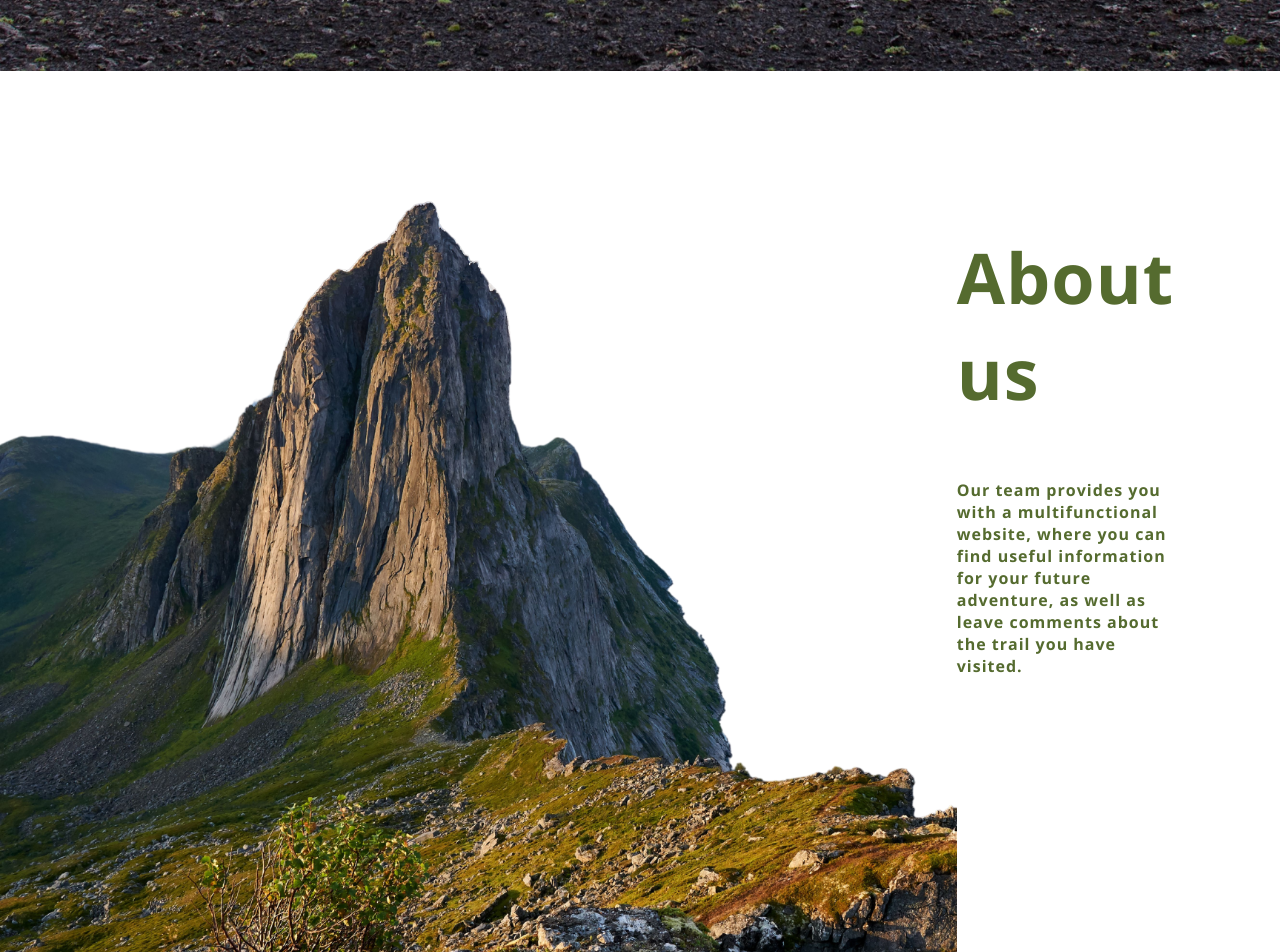
Repository: artembundin/travelrus.github.io
Page: index.html
These files come from the project's save history. The page is drawn as it stood at one moment and after a run of saves; the edit follows.
The browser window is 1280 px wide. The pictures show the part of the page from y = 2629 to 3581 px (the page is 4792 px tall).
A picture or video elsewhere on the page could not be fetched, so the positions and the page height are approximate. An inner scrolling area shows only its first screen. Backgrounds fixed to the window are drawn as part of the page. Some web fonts or font styles are not loaded; a fallback is used.

Above is the page before, as saved 2025-05-08 02:01:47.
Console error: TypeError: Cannot read properties of null (reading 'offsetTop')

### index.html
<!DOCTYPE html>
<html lang="en">
  <head>
    <meta charset="UTF-8" />
    <meta name="viewport" content="width=device-width, initial-scale=1.0" />
    <title>Document</title>
    <link rel="stylesheet" href="style.css" />
  </head>
  <body>
    <header class="header">
      <div class="container-header">
        <img src="icons/TRAIL TRIBE (3).svg" alt="" class="anim header-logo" />
        <ul class="header-list">
          <li><a class="active" href="/">HOME</a></li>
          <li><a href="#join">BLOG</a></li>
          <li><a href="#inf">DISCOVER</a></li>
          <li><a href="#aboutus">ABOUT AS</a></li>
        </ul>
      </div>
    </header>
    <main class="main">
      <section class="join" id='join'>
        <div class="join-container">
          <div class="text_section">
            <h2>Featured Items</h2>
            <p>
              These are some of the basic things that will be useful to you on a
              hike. See the full list on our blog.
            </p>
          </div>
          <a href="#" class="btn_list" id="newPageButton">BLOG</a>
        </div>
      </section>
      <section class="inf" id='inf'>
        <div class="inf-container">
          <h2 class="inf-caption animate-slidein">Find our most popular camps</h2>
          <div class="cards">
              <div class="cards-content">
                <a href="map.html#mapstore">
                  <img src="images/bvt.jpeg" alt="" class="img">
                </a>
                <div class="cards-text">
                  <h4 class="cards-title">The Big Valdai Trail</h4>
                  <p class="cards-sub-title">Its uniqueness lies in the change of ecological systems: spruce-fir forest, broad-leaved forest, pine forest.</p>
                </div>
              </div>
            <div class="cards-content">
              <a href="map.html#mapstore2">
                <img src="images/30.jpeg" alt="" class="img">
              </a>
              <div class="cards-text">
                <h4 class="cards-title">Through the Mountains to the Sea</h4>
                <p class="cards-sub-title">One of the oldest, most popular traveled tourist routes in the Soviet Union.</p>
              </div>
            </div>
            <div class="cards-content">
              <a href="map.html#mapstore3">
                <img src="images/btt.jpeg" alt="" class="img">
              </a>
              <div class="cards-text">
                <h4 class="cards-title">The Great Baikal Trail</h4>
                <p class="cards-sub-title">The trail will connect three national parks and three reserves.</p>
              </div>
            </div>
          </div>
        </div>
      </section>
      <section class="aboutus" id='aboutus'>
        <div class="aboutus-container">
          <div class="aboutus-image animate-slideleft"></div>
          <div class="aboutus-text animate-slideright">
            <h2 class="aboutus-title">About us</h2>
            <p class="aboutus-sub-title">Our team provides you with a multifunctional website, where you can find useful information for your future adventure, as well as leave comments about the trail you have visited.</p>
          </div>
        </div>
      </section>
      <section class="stuff-list">
      <h2 class="stuff-list-caption animate-appeir">That is useful for any hike</h2>
      <div class="item">
        <div class="stuff-list-container animate-appeir">
            <div class="stuff-item">
                    <p class="item1_title">Knife</p>
                    <img src="images/knife.svg" alt="/" id="item1">
            </div>
            <div class="stuff-item">
                    <p class="item2_title">Sleeping-bag</p>
                    <img src="images/sleepingbag.svg" alt="/" id="item2">
            </div>
            <div class="stuff-item">
                    <p class="item3_title">Tent</p>
                    <img src="images/tent.svg" alt="/" id="item3">
            </div>
          </div>
      </div>
    </section>
  </main>
  <script src="animation.js"></script>
  </body>
</html>




<!--<h2 class="stuff-list-caption">That is useful for any hike</h2>-->

### style.css
@font-face {
  font-family: 'OpenSans';
  src: url(fonts/OpenSans-Regular.woff2) format('woff2');
  font-weight: 400;
  font-style: normal;
  font-display: swap;
}
@font-face {
  font-family: 'OpenSans';
  src: url(fonts/OpenSans-Bold.woff2) format('woff2');
  font-weight: 700;
  font-style: normal;
  font-display: swap;
}


body {
  margin: 0;
  font-family: 'OpenSans';
  background-color: white;
  color: white;
  font-weight: 550;
}

ul {
  list-style: none;
  padding: 0;
  margin: 0;
}

a {
  text-decoration: none;
  color: white;
}

p {
  display: flex;
  /*animation: pfade linear both;
  animation-timeline: view();
  animation-range: entry 50% cover 50%;*/
}


h1, h2, h3, h4, h5, h6 {
  display: flex;
  /*animation: pfade linear both;
  animation-timeline: view();
  animation-range: entry 50% cover 50%;*/
}


/*@keyframes pfade {
  from {
    opacity: 0;
  }
  to {
    opacity: 1;
  }
} */

a {
  text-decoration: none;
}

/*Шапка*/

.header {
  position: relative;
  text-align: center;
  background-image: url(images/hiking3.jpeg);
  background-attachment: fixed;
  background-size: cover;
  background-position: center;
}

.container-header {
  display: flex;
  flex-direction: column;
  align-items: center;
  max-width: 1200px;
  height: 900px;
  margin-left: auto;
  margin-right: auto;
  overflow-x: hidden;
  padding: 0 15px;
}

.header-logo {
  width: 600px;
  height: 600px;
}



.header-img {
  position: absolute;
  width: 100%;
  height: auto;

  background-image: url(images/hiking3.jpeg);
  /*background-attachment: fixed;
    background-size: cover;
    background-position: center;*/
  z-index: -1;
}

.header-list {
  display: flex;
  gap: 40px;
  margin-top: -100px;
  text-decoration: underline;
  text-underline-offset: 10px;
  opacity: 0.6;
  font-weight: 600;
  font-size: 25px;
  letter-spacing: 3px;
}


/*СЕКЦИЯ 1*/

.main {
  display: inline;
}


.join {
  background-image: url('images/cloudmount.png');
  background-size: cover;
  background-repeat: no-repeat;
  animation: pfade linear both;
  animation-timeline: view();
  animation-range: entry 50% cover 50%;
}

@keyframes pfade {
  from {
    opacity: 0;
  }
  to {
    opacity: 1;
  }
}

.join-container {
  display: flex;
  max-width: 1500px;
  height: 900px;
  margin-left: auto;
  margin-right: auto;
  overflow-x: hidden;
  padding: 0 15px;
}


.text_section {
  width: 330px;
  height: 500px;
  padding: 100px;
  color: darkolivegreen;
}

.text_section p {
  letter-spacing: 1px;
}

.text_section h2 {
  font-size: 70px;
  font-weight: 700;
}

/*Кнопка*/

.btn_list {
  position: relative;
  text-align: center;
  padding: 5px 10px;
  width: 200px;
  height: 30px;
  top: 550px ;
  right: 430px;
  font-size: 20px;
  color: darkolivegreen;

  background-color: white;
  border-radius: 17px;
  box-shadow: 5px 5px 5px 3px #8a8a8a;
  cursor: pointer;
  transition: .3s;
}

.btn_list:active {
  transform: translateY(4px);
  box-shadow: 0 5px 0 darkgreen;
}


/*Конец кнопки*/



/*СЕКЦИЯ 2*/

.inf {
  background-image: url(images/holm.png);
  background-attachment: fixed;
  background-size: 1500px 900px;
  background-repeat: no-repeat;
  color: #AFD2F2;

}


.inf-caption {
  display: flex;
  justify-content: center;
  font-size: 60px;
  font-weight: 700;
  margin-top: 100px;
  margin-bottom: 200px;

  color: white;
}

@keyframes slidein {
  from {
    transform: translateX(-100%);
    opacity: 0;
  }
  to {
    transform: translateX(0);
    opacity: 1;
  }
}

.inf-caption.animate-slidein {
  animation: slidein;
  animation-duration: 2s;
  animation-timing-function: linear forwards;
  animation-iteration-count: 1;
}

.inf-container {
  max-width: 1500px;
  height: 900px;
  margin-left: auto;
  margin-right: auto;
  overflow-x: hidden;
  padding: 0 15px;
}

@keyframes fadein {
  from {
    opacity: 0;
  }
  to {
    opacity: 1;
  }
}

.cards {
  display: flex;
  justify-content: center;
  gap: 100px;
  animation: pfade linear both;
  animation-timeline: view();
  animation-range: entry 50% cover 50%;
}

.cards-content {
  display: flex;
  position: relative;
  justify-content: center;
  align-items: center;
  overflow: hidden;




  /*width: 400px;
  border-radius: 20px;
  margin-top: 200px;
  text-align: center;*/
}


.img {
  width: 400px;
  height: 300px;
  border: 3px solid #2E2C33;




  /*max-width: 100%;
  height: 350px;
  object-fit: cover;
  border-radius: 15px;*/
}

.cards-text {
  width: 200px;
  height: 200px;
  background-color: white;
  padding: 1.5rem 2rem;
  box-shadow: 0 8px 24px hsla(0, 0%, 0%, .15);
  border-radius: 1rem;
  position: absolute;
  bottom: -9rem;
  opacity: 0;
  transition: opacity 1s 1s;
}

.cards-title {
  font-size: 28px;
  font-weight: 700;
  margin-bottom: .75rem;
}



.cards-sub-title {
  font-size: 13px;
  font-weight: 400;

}

.cards-content:hover .cards-text{
  animation: show-text 1s forwards;
  opacity: 1;
  transition: opacity .3s;
}

.cards-content {
  animation-name: remove-overflow;
  animation: remove-overflow 2s forwards;

}

.cards-content:not(:hover) {
  animation: show-overflow 2s forwards;
}

.cards-content:not(:hover) .cards-text {
  animation: remove-text 1s forwards;
}

@keyframes show-text {
  50% {
    transform: translateY(-10rem);
  }
  100% {
    transform: translateY(-7rem);
  }
}

@keyframes remove-overflow {
  to {
    overflow: initial;
  }
}

@keyframes remove-text {
  0% {
    transform: translateY(-7rem);
  }
  50% {
    transform: translateY(-10rem);
  }
  100% {
    transform: translateY(.5rem);
  }
}

@keyframes show-overflow {
  0% {
    overflow: initial;
    pointer-events: none;
  }
  50% {
    overflow: hidden;
  }
}


/*СЕКЦИЯ 3 */



.aboutus {
  color: darkolivegreen;
}


.aboutus-container {
  display: flex;
  max-width: 1500px;
  height: 800px;
  margin-right: auto;
  overflow-x: hidden;
  margin-top: 100px;
  margin-bottom: 150px;
}


.aboutus-image {
  background-image: url(images/goraaa.png);
  background-size: cover;
  background-repeat: no-repeat;
  width: 1200px;
  height: 800px;
}

/*@keyframes slideleft {
  from{
    transform: translateX(-100%);
    opacity: 0;
  }
  to {
    transform: translate(0);
    opacity: 1;
  }
}

.aboutus-image.animate-slideleft {
  animation: slideleft;
  animation-duration: 5s;
  animation-timing-function: linear forwards;
  animation-iteration-count: 1;
}*/

.aboutus-text {
  width: 280px;
  height: 300px;
  margin-right: 100px;
  text-align: left;
  letter-spacing: 1px;
}

/*.aboutus-text.animate-slideright {
  animation: none;
  animation: slideright;
  animation-duration: 4s;
  animation-timing-function: linear forwards;
  animation-iteration-count: 1;
}

@keyframes slideright {
  from {
    transform: translateX(100%);
  }
  to {
    transform: translateX(0);
  }
}*/

.aboutus-title {
  font-size: 70px;
  justify-content: left;
}



/*СЕКЦИЯ 3*/


/*.cards {
  display: flex;
  justify-content: center;
  gap: 170px;
} карточки секция */

@keyframes appeir {
  from {
    opacity: 0;
  }
  to {
    opacity: 1;
  }
}

.stuff-list-caption {
  display: flex;
  justify-content: center;
  font-size: 65px;
  font-weight: 700;
  color: darkolivegreen;

}

.stuff-list-caption.animate-appeir {
  animation: appeir;
  animation-duration: 6s;
  animation-timing-function: linear forwards;
  animation-iteration-count: 1;
}

.stuff-list-container.animate-appeir {
  display: grid;
  grid-template-columns: 0.25fr 0.25fr;
  grid-template-rows: 600px 600px;
  gap: 20px;
  max-width: 1200px;
  height: 800px;
  margin-left: auto;
  margin-right: auto;
  overflow-x: hidden;
  margin-top: 100px;


    /*animation: appeir2 ;
    animation-duration: 1s;
    animation-timing-function: ease-in forwards;
    animation-delay: 1s;
    animation-iteration-count: 1;*/

}

/*@keyframes appeir2 {
  from {
    opacity: 0;
  }
  to {
    opacity: 1;
  }
}*/

.stuff-list {
  color: white;
}


.item {
  background-image: url(/images/sumka.png);
  background-size: 1300px 800px;
  background-repeat: no-repeat;
  background-position: center;
}


#item1 {
  background-color: lemonchiffon;
  position: relative;
  left: 490px;
  top: 160px;
}



#item2 {
  background-color: lightpink;
  position: relative;
  left: 390px;
  top: 130px;
}



#item3 {
  background-color: lightsteelblue;
  position: relative;
  left: 530px;
  bottom: 230px;
}

.item1_title {
  position: relative;
  left: 490px;
  top: 160px;
  font-size: 17px;
}

.item2_title {
  position: relative;
  left: 390px;
  top: 130px;
  font-size: 17px;
}

.item3_title {
  position: relative;
  left: 530px;
  bottom: 230px;
  font-size: 17px;
}

/* В конец файла добавим медиа-запросы */

/* Для планшетов */
@media screen and (max-width: 1024px) {
  .container-header {
    height: 700px;
  }

  .header-logo {
    width: 400px;
    height: 400px;
  }

  .header-list {
    font-size: 20px;
    gap: 20px;
  }

  .join-container {
    width: 100%;
    padding: 0 20px;
  }

  .text_section {
    padding: 50px;
  }

  .text_section h2 {
    font-size: 50px;
  }

  .cards {
    flex-wrap: wrap;
    gap: 50px;
  }

  .img {
    width: 300px;
    height: 225px;
  }

  .aboutus-container {
    flex-direction: column;
    height: auto;
  }

  .aboutus-image {
    width: 100%;
    height: 500px;
  }

  .aboutus-text {
    width: 100%;
    margin: 20px;
  }
}

/* Для мобильных устройств */
@media screen and (max-width: 768px) {
  .container-header {
    height: 500px;
  }

  .header-logo {
    width: 300px;
    height: 300px;
  }

  .header-list {
    font-size: 16px;
    gap: 15px;
    flex-direction: column;
  }

  .text_section h2 {
    font-size: 40px;
  }

  .btn_list {
    right: 200px;
  }

  .inf-caption {
    font-size: 40px;
    margin: 50px 0;
  }

  .cards-content {
    width: 100%;
  }

  .img {
    width: 100%;
    max-width: 300px;
  }

  .stuff-list-container {
    grid-template-columns: 1fr;
    grid-template-rows: auto;
  }

  #item1, #item2, #item3,
  .item1_title, .item2_title, .item3_title {
    left: 50%;
    transform: translateX(-50%);
    position: relative;
    top: 0;
    bottom: 0;
  }

  .stuff-list-caption {
    font-size: 40px;
    text-align: center;
  }
}

/* Для маленьких экранов */
@media screen and (max-width: 480px) {
  .header-logo {
    width: 200px;
    height: 200px;
  }

  .text_section {
    width: 100%;
    padding: 20px;
  }

  .text_section h2 {
    font-size: 30px;
  }

  .btn_list {
    width: 150px;
    right: 100px;
  }
}

.join,
.inf,
.aboutus,
.stuff-list {
  width: 100%;
  overflow-x: hidden;
}

### animation.js
window.addEventListener('scroll', function() {
    var infCaption = document.querySelector('.inf-caption');
    var infOffsetTop = infCaption.offsetTop;
    var windowHeight = window.innerHeight;
    var scrollTop = window.scrollY;

    if (scrollTop > infOffsetTop - windowHeight) {
    infCaption.classList.add('animate-slidein');
    }
    else {
    infCaption.classList.remove('animate-slidein');
    }
});

window.addEventListener('scroll', function() {
    var aboutusSection = document.querySelector('.aboutus');
    var aboutusOffsetTop = aboutusSection.offsetTop;
    var windowHeight = window.innerHeight;
    var scrollTop = window.scrollY;

    if (scrollTop > aboutusOffsetTop - windowHeight) {
    document.querySelector('.aboutus-image').classList.add('animate-slideleft');
    document.querySelector('.aboutus-text').classList.add('animate-slideright');
    }
    else {
    document.querySelector('.aboutus-image').classList.remove('animate-slideleft');
    document.querySelector('.aboutus-text').classList.remove('animate-slideright');
    }
});


window.addEventListener('scroll', function() {
    var stuffSection = document.querySelector('.stuff-list');
    var stuffOffsetTop = stuffSection.offsetTop;
    var windowHeight = window.innerHeight;
    var scrollTop = window.scrollY;

    if (scrollTop > stuffOffsetTop - windowHeight) {
    document.querySelector('.stuff-list-caption').classList.add('animate-appeir');
    }
    else {
    document.querySelector('.stuff-list-caption').classList.remove('animate-appeir');
    }
});

document.addEventListener('scroll', function() {
    var stuffSection = document.querySelector('.stuff-list-container');
    var windowHeight = window.innerHeight;
    var stuffOffsetTop = stuffSection.offsetTop;
    var scrollTop = window.scrollY;

    if (scrollTop > stuffOffsetTop - windowHeight) {
        stuffSection.classList.add('animate-appeir');
    } else {
        stuffSection.classList.remove('animate-appeir');
    }
});

document.addEventListener('scroll', function() {
    var footer = document.querySelector('.footer');
    var windowHeight = window.innerHeight;
    var footerOffsetTop = footer.offsetTop;
    var scrollTop = window.scrollY;

    if (scrollTop > footerOffsetTop - windowHeight) {
        footer.classList.add('animate-appeir-footer');
    } else {
        footer.classList.remove('animate-appeir-footer');
    }
});

document.addEventListener('scroll', function() {
    var socialContainer = document.querySelector('.social-container');
    var windowHeight = window.innerHeight;
    var socialContainerOffsetTop = socialContainer.offsetTop;
    var scrollTop = window.scrollY;

    if (scrollTop > socialContainerOffsetTop - windowHeight) {
        socialContainer.classList.add('animate-appeir3');
    } else {
        socialContainer.classList.remove('animate-appeir3');
    }
});

const newPageButton = document.getElementById('newPageButton');

newPageButton.addEventListener('click', function() {
    window.open('blog.html');
});

After the next 2 saves:
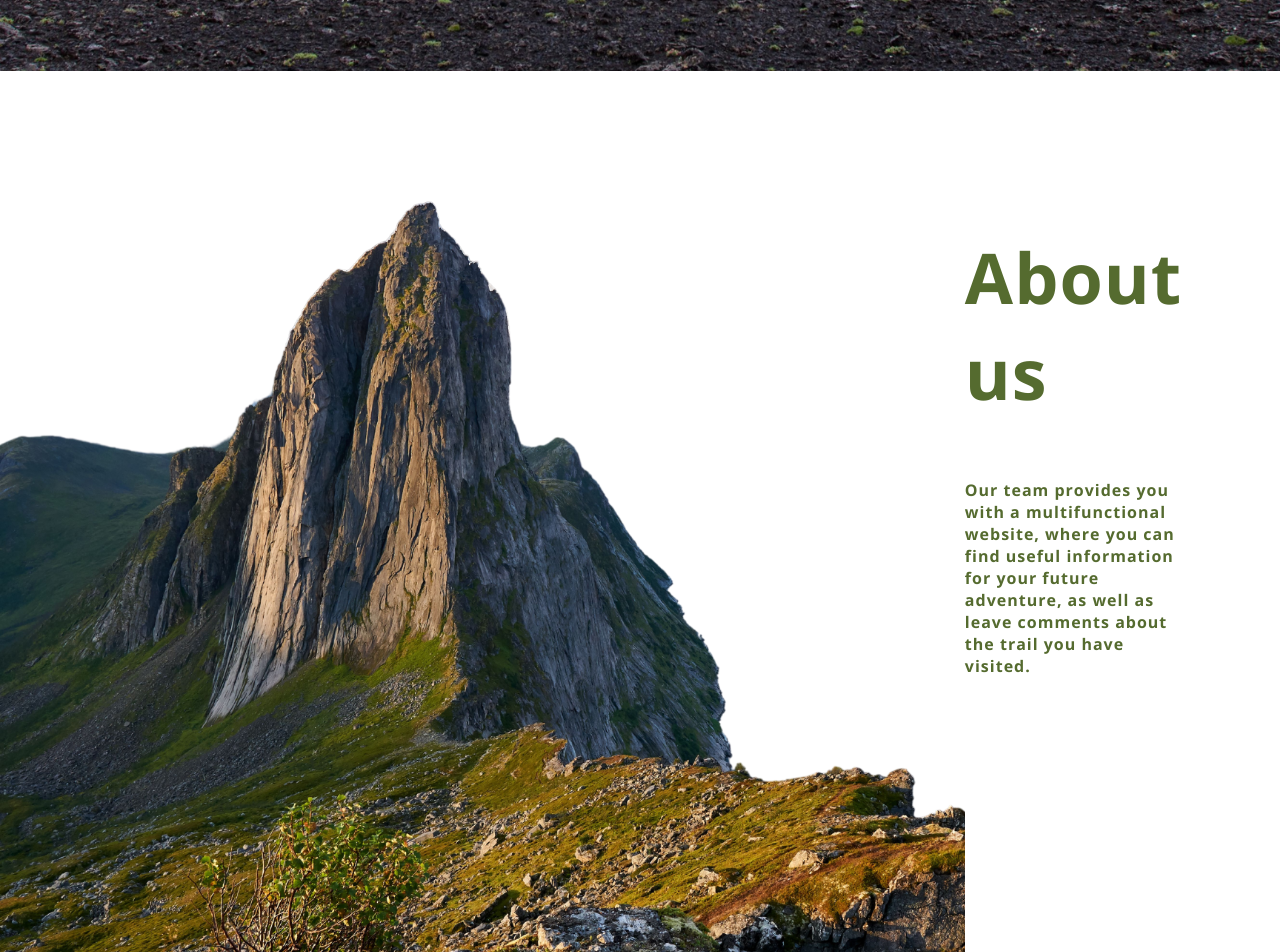
The 2 saves are shown as one change because they came seconds apart.
The last was saved 7 s later.
--- a/style.css
+++ b/style.css
@@ -432,7 +432,7 @@ a {
 .aboutus-text {
   width: 280px;
   height: 300px;
-  margin-right: 100px;
+  margin-right: 90px;
   text-align: left;
   letter-spacing: 1px;
 }
